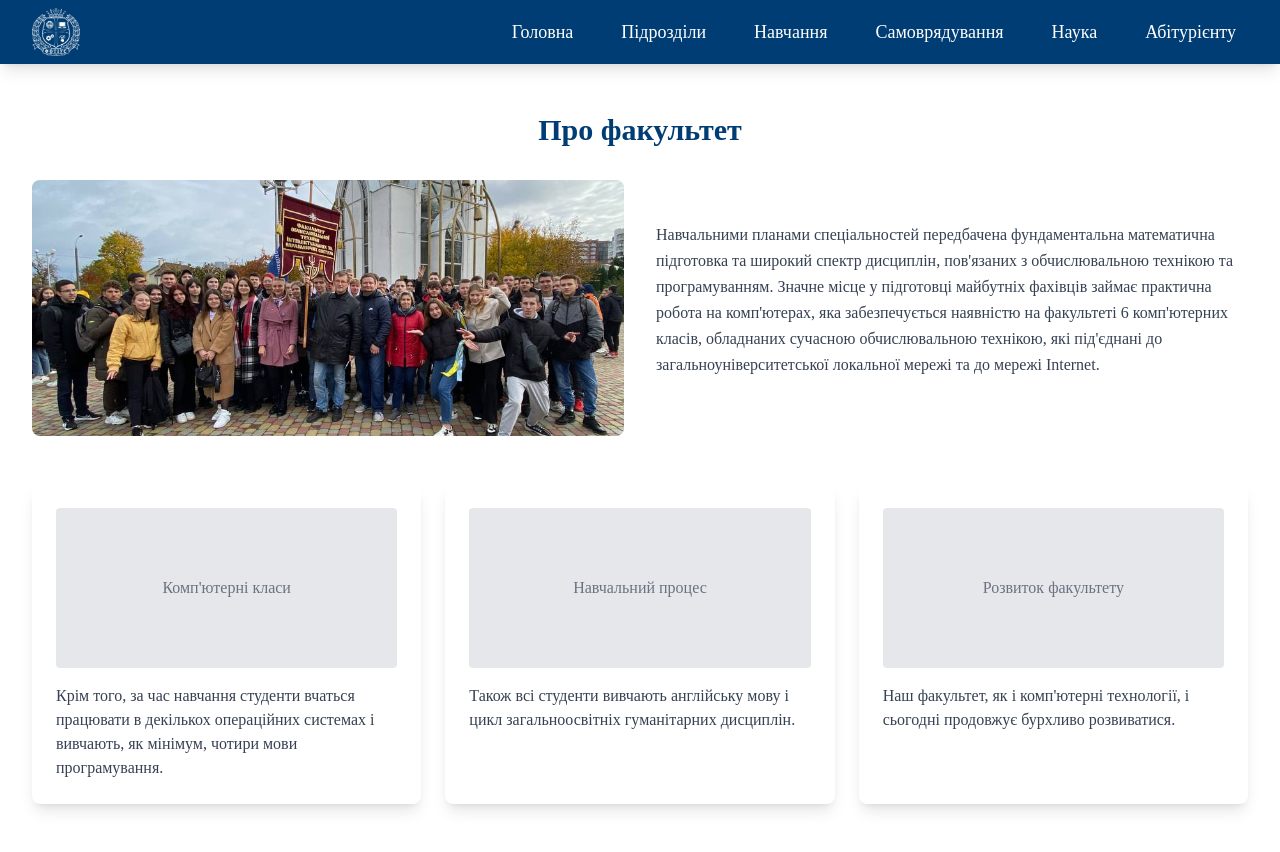
Repository: k-jdev/FOTIUS
Page: /
An editor plug-in stored every save of this project. The page is shown before and after the next save, followed by the edit.
The browser window is 1280 px wide. The pictures show the whole page.
The project was rebuilt for these pictures with package versions that can differ from the ones it lists, and the page was loaded fresh each time. Also part of the build but not shown: vite.config.js.

Above is the page before, as saved 2025-04-04 15:12:55.

### src/App.jsx
import { useState } from "react";
import NavBar from "./components/NavBar";
import FacultyInfo from "./components/FacultyInfo";

function App() {
  return (
    <>
      <NavBar />
      <FacultyInfo />
    </>
  );
}

export default App;

### src/index.css
@import "tailwindcss";
@import url("family=Roboto+Mono:ital,wght@0,100..700;1,100..700&display=swap");

html {
  font-family: "Roboto+Mono";
  font-weight: 500;
}

### src/components/NavBar.jsx
import React from "react";
import { useState } from "react";
import NavItem from "./NavItem";

import { Menu, X } from "lucide-react";
import { Link } from "react-router-dom";

import logo from "../images/white_logo_fot.png";

function NavBar() {
  const [isOpen, setIsOpen] = useState(false);
  return (
    <nav className="bg-[#003D74] text-white shadow-lg">
      <div className="max-w-7xl mx-auto px-4 sm:px-6 lg:px-8">
        <div className="flex justify-between h-16 items-center">
          <Link to={"/"} className="">
            <img className="w-12" src={logo} alt="" />
          </Link>
          <div className="hidden md:flex space-x-6">
            <NavItem to="#" label="Головна" />
            <NavItem to="#" label="Підрозділи" />
            <NavItem to="#" label="Навчання" />
            <NavItem to="#" label="Самоврядування" />
            <NavItem to="#" label="Наука" />
            <NavItem to="#" label="Абітурієнту" />
          </div>
        </div>
      </div>
    </nav>
  );
}

export default NavBar;

### src/components/FacultyInfo.jsx
import React, { useState, useEffect } from "react";
import main_img from "../images/main_img.jpg";
import comp_class from "../images/comp_class.jpg";

function FacultyInfo() {
  const [isVisible, setIsVisible] = useState(false);

  useEffect(() => {
    const timer = setTimeout(() => {
      setIsVisible(true);
    }, 300);

    return () => clearTimeout(timer);
  }, []);

  return (
    <section className="max-w-7xl mx-auto py-12 px-4 sm:px-6 lg:px-8">
      <div
        className={`transition-all duration-1000 ease-in-out ${
          isVisible ? "opacity-100 translate-y-0" : "opacity-0 translate-y-8"
        }`}
      >
        <h2 className="text-3xl font-bold text-[#003D74] mb-8 text-center">
          Про факультет
        </h2>

        <div className="grid grid-cols-1 md:grid-cols-2 gap-8 items-center">
          <div
            className={`transition-all duration-1000 delay-300 ease-in-out ${
              isVisible
                ? "opacity-100 translate-x-0"
                : "opacity-0 -translate-x-8"
            }`}
          >
            <div className="bg-gray-200 rounded-lg h-64 flex items-center justify-center">
              <img
                src={main_img}
                alt="Факультет"
                className="w-full h-full object-cover rounded-lg"
              />
            </div>
          </div>

          <div
            className={`transition-all duration-1000 delay-500 ease-in-out ${
              isVisible
                ? "opacity-100 translate-x-0"
                : "opacity-0 translate-x-8"
            }`}
          >
            <p className="text-gray-700 mb-4 leading-relaxed">
              Навчальними планами cпеціальностей передбачена фундаментальна
              математична підготовка та широкий спектр дисциплін, пов'язаних з
              обчислювальною технікою та програмуванням. Значне місце у
              підготовці майбутніх фахівців займає практична робота на
              комп'ютерах, яка забезпечується наявністю на факультеті 6
              комп'ютерних класів, обладнаних сучасною обчислювальною технікою,
              які під'єднані до загальноуніверситетської локальної мережі та до
              мережі Internet.
            </p>
          </div>
        </div>

        <div
          className={`mt-12 grid grid-cols-1 md:grid-cols-3 gap-6 transition-all duration-1000 delay-700 ease-in-out ${
            isVisible ? "opacity-100 translate-y-0" : "opacity-0 translate-y-8"
          }`}
        >
          <div className="bg-white rounded-lg shadow-lg p-6 hover:shadow-xl transition-shadow">
            <div className="bg-gray-200 rounded h-40 mb-4 flex items-center justify-center">
              <p className="text-gray-500">Комп'ютерні класи</p>
            </div>
            <p className="text-gray-700">
              Крім того, за час навчання студенти вчаться працювати в декількох
              операційних системах і вивчають, як мінімум, чотири мови
              програмування.
            </p>
          </div>

          <div className="bg-white rounded-lg shadow-lg p-6 hover:shadow-xl transition-shadow">
            <div className="bg-gray-200 rounded h-40 mb-4 flex items-center justify-center">
              <p className="text-gray-500">Навчальний процес</p>
            </div>
            <p className="text-gray-700">
              Також всі студенти вивчають англійську мову і цикл
              загальноосвітніх гуманітарних дисциплін.
            </p>
          </div>

          <div className="bg-white rounded-lg shadow-lg p-6 hover:shadow-xl transition-shadow">
            <div className="bg-gray-200 rounded h-40 mb-4 flex items-center justify-center">
              <p className="text-gray-500">Розвиток факультету</p>
            </div>
            <p className="text-gray-700">
              Наш факультет, як і комп'ютерні технології, і сьогодні продовжує
              бурхливо розвиватися.
            </p>
          </div>
        </div>
      </div>
    </section>
  );
}

export default FacultyInfo;

### src/components/NavItem.jsx
import React from "react";
import { Link } from "react-router-dom";

function NavItem({ to, label, isMobile, setIsOpen }) {
  return (
    <Link
      to={to}
      className="block px-3 py-2 rounded-md text-lg hover:bg-yellow-400 hover:text-blue-900 transition duration-200"
      onClick={() => isMobile && setIsOpen(false)}
    >
      {label}
    </Link>
  );
}
export default NavItem;

Loaded but not shown: index.html (common file); src/main.jsx (common file)

After the next save:
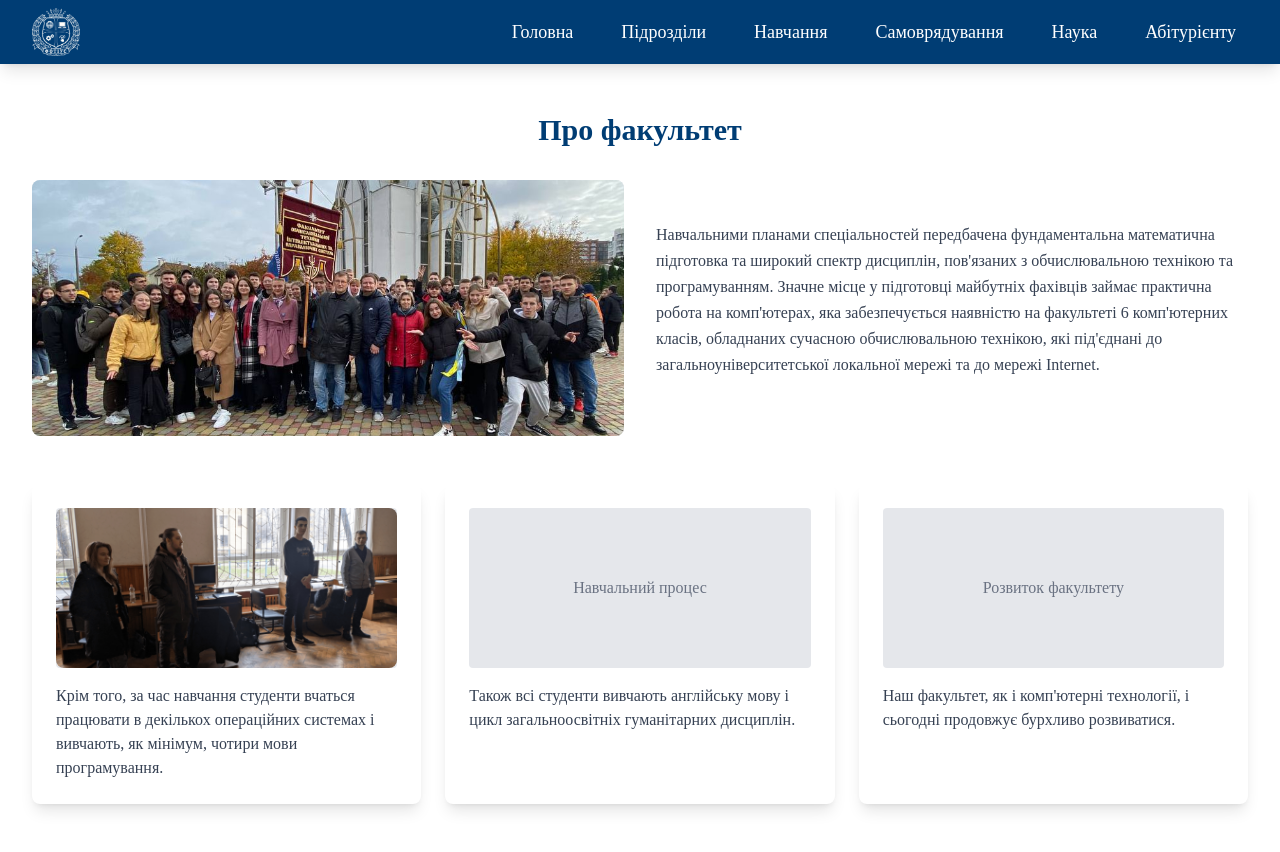
Saved 9 s later.
--- a/src/components/FacultyInfo.jsx
+++ b/src/components/FacultyInfo.jsx
@@ -68,7 +68,11 @@
         >
           <div className="bg-white rounded-lg shadow-lg p-6 hover:shadow-xl transition-shadow">
             <div className="bg-gray-200 rounded h-40 mb-4 flex items-center justify-center">
-              <p className="text-gray-500">Комп'ютерні класи</p>
+              <img
+                src={comp_class}
+                alt="Комп'ютерні класи"
+                className="w-full h-full object-cover rounded-lg"
+              />
             </div>
             <p className="text-gray-700">
               Крім того, за час навчання студенти вчаться працювати в декількох
